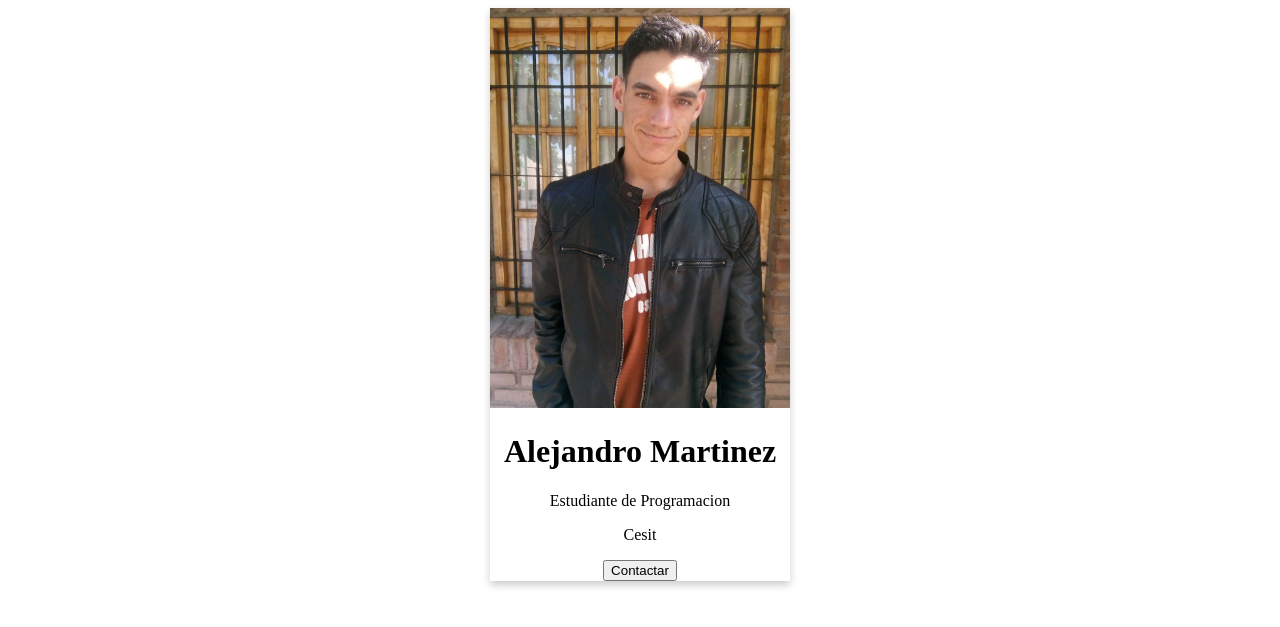
Repository: Alemartinez97/New-Repository
Page: programacion-3/tp3/perfil.html
The author's editor kept a copy of each file at every save. The page is drawn from the files as they stood at one save, then again after the next save.
The browser window is 1280 px wide. The pictures show the whole page.

Above is the page before, as saved 2020-06-04 19:31:05.

After the next save:
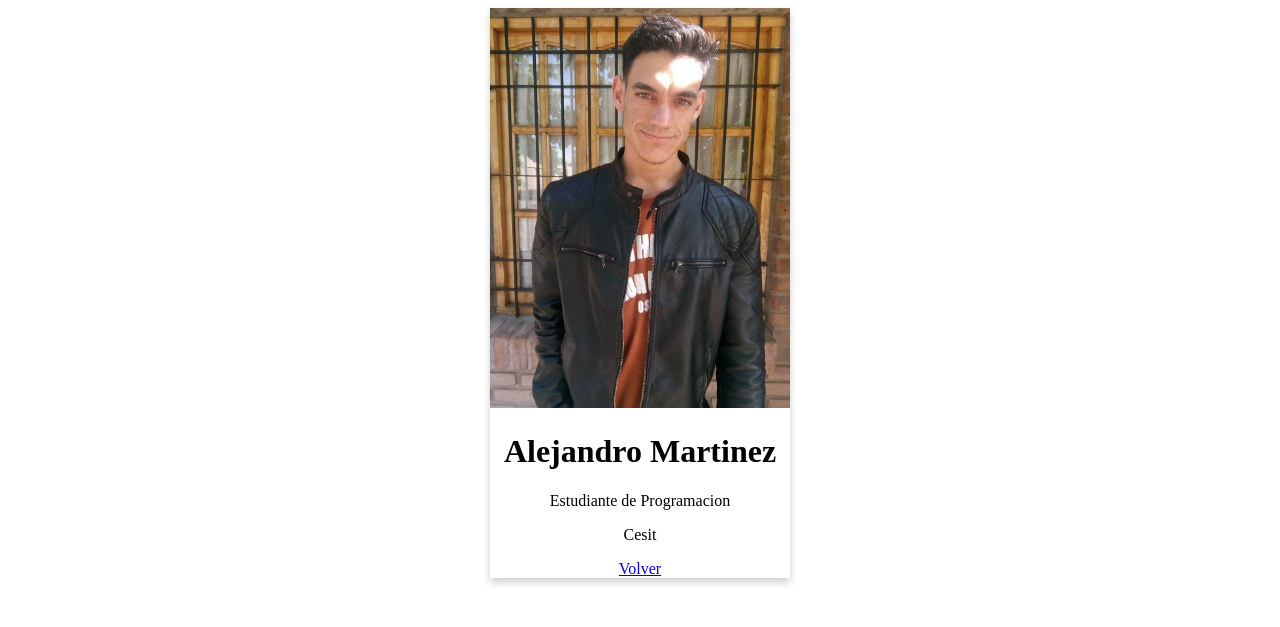
Saved 1 s later.
--- a/programacion-3/tp3/perfil.html
+++ b/programacion-3/tp3/perfil.html
@@ -17,7 +17,7 @@
     <a href="#"><i class="fa fa-twitter"></i></a>
     <a href="#"><i class="fa fa-linkedin"></i></a>
     <a href="#"><i class="fa fa-facebook"></i></a>
-    <p><button>Contactar</button></p>
+    <p><a href="index.html">Volver</a></p>
   </div>
 </body>
 </html>
